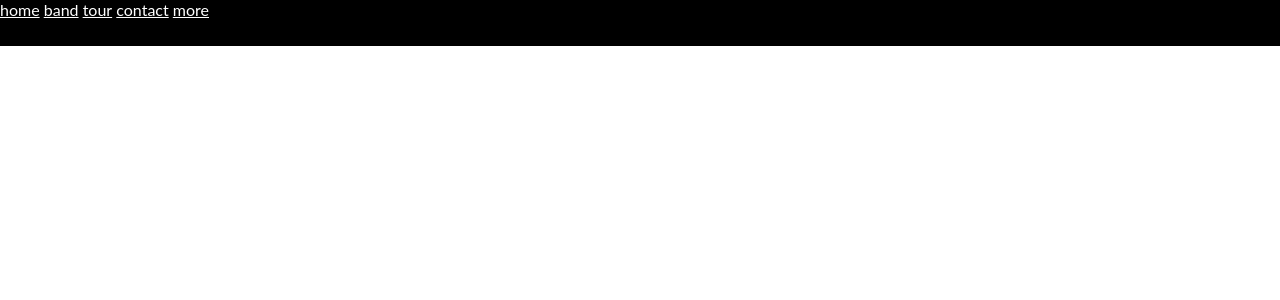
Repository: tatvanhco/web-dau-tay
Page: index.html
The author's editor kept a copy of each file at every save. The page is drawn from the files as they stood at one save, then again after the next save.
The browser window is 1280 px wide. The pictures show the whole page.

Above is the page before, as saved 2022-01-23 16:24:55.

### index.html
<!DOCTYPE html>
<html lang="en">
<head>
    <meta charset="UTF-8">
    <!-- <meta http-equiv="X-UA-Compatible" content="IE=edge"> -->
    <meta name="viewport" content="width=device-width, initial-scale=1.0">
    <title>the band</title>
    <link rel="shortcut icon" href="./assets/img/band/logo.png" type="image/x-icon">
    <link rel="stylesheet" href="./assets/css/style.css">
    <link rel="stylesheet" href="./assets/css/responsive.css">
</head>
<body>
    <div id="main">
        <div id="header">
            <ul id="nav">
                <li><a href="#">home</a></li>
                <li><a href="#">band</a></li>
                <li><a href="#">tour</a></li>
                <li><a href="#">contact</a></li>
                <li>
                    <a href="#">more</a>
                <!-- <i class="drop-down ti-angle-down"></i> -->
                    <div class="subnav">
                        <ul>
                            <li><a href="">Merchandise</a></li>
                            <li><a href="">Extras</a></li>
                            <li><a href="">Media</a></li>
                        </ul>
                    </div>
                </li>
            </ul>
        </div>
        <div id="content">

        </div>
        <div id="footer">

        </div>
    </div>
</body>
</html>

### assets/css/style.css
* {
    margin: 0;
    padding: 0;
    box-sizing: border-box;
}

body {
    font-family: "Lato", sans-serif;
}

#header {
    width: 100%;
    height: 46px;
    background-color: #000;
}

#nav li{
    display: inline-block;
}

#nav>li>a {
    color: #fff;
}

#nav .subnav {
    display: none;
}

Loaded but not shown: assets/css/responsive.css (no copy from this time; the picture is the same without it)

After the next save:
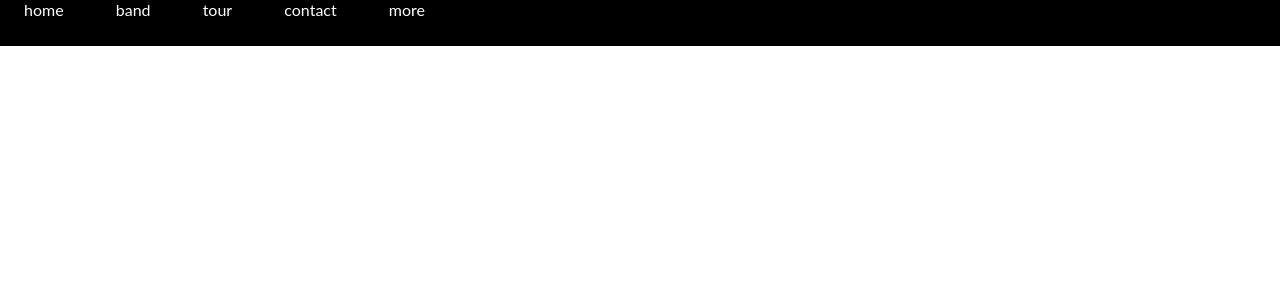
Saved 21 s later.
--- a/assets/css/style.css
+++ b/assets/css/style.css
@@ -20,6 +20,8 @@ body {
 
 #nav>li>a {
     color: #fff;
+    text-decoration: none;
+    padding: 12px 24px;
 }
 
 #nav .subnav {
